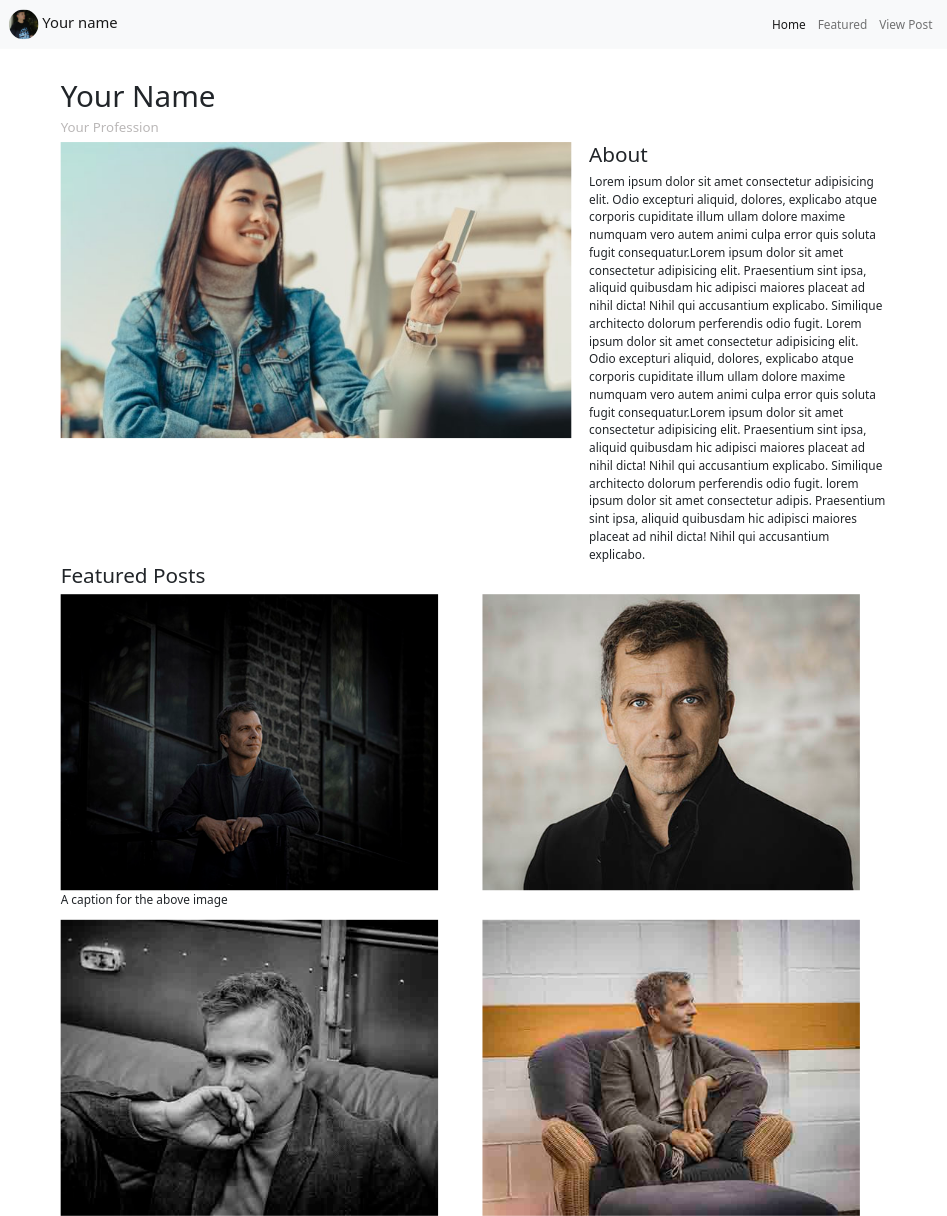
Repository: nvt01/72_1951061106_NgoVanTung
Page: BaiTh1/index.html
These files come from the project's save history. The page is drawn as it stood at one moment and after a run of saves; the edit follows.
The browser window is 1280 px wide. The pictures show the whole page, at 74% of full size.

Above is the page before, as saved 2021-11-30 22:18:53.

### BaiTh1/index.html
<!DOCTYPE html>
<html lang="en">
<head>
    <meta charset="UTF-8">
    <meta http-equiv="X-UA-Compatible" content="IE=edge">
    <meta name="viewport" content="width=device-width, initial-scale=1.0">
    <title>Blog</title>
    <link rel="stylesheet" href="style.css">
    <!-- CSS only -->
    <link href="https://cdn.jsdelivr.net/npm/bootstrap@5.1.3/dist/css/bootstrap.min.css" rel="stylesheet" integrity="sha384-1BmE4kWBq78iYhFldvKuhfTAU6auU8tT94WrHftjDbrCEXSU1oBoqyl2QvZ6jIW3" crossorigin="anonymous">
</head>
<body>
    <div class="menu">
        <nav class="navbar navbar-expand-lg navbar-light bg-light">
            <div class="container-fluid">
                <a class="navbar-brand" href="#">
                    <img class="nav-img" src="./img/avatar.JPG" alt="">
                    Your name
                </a>
                <button class="navbar-toggler" type="button" data-bs-toggle="collapse" data-bs-target="#navbarSupportedContent" aria-controls="navbarSupportedContent" aria-expanded="false" aria-label="Toggle navigation">
                    <span class="navbar-toggler-icon"></span>
                </button>
                <div class=" collapse navbar-collapse" id="navbarSupportedContent">
                    <ul class="navbar-nav me-auto mb-2 mb-lg-0">
                        <li class="nav-item">
                            <a class="nav-link active" aria-current="page" href="#">Home</a>
                        </li>
                        <li class="nav-item">
                            <a class="nav-link" href="#">Featured</a>
                        </li>
                        <li class="nav-item">
                            <a class="nav-link" href="#">View Post</a>
                        </li>
                    </ul>
                </div>
            </div>
        </nav>
    </div>
    <div class="container">
        <div class="row">
            <h1 class="h1">Your Name</h1>
            <h3 class="h3">Your Profession</h3>
            <div class="col">
                <img src="./img/img1.jpeg" alt="">
            </div>
            <div class="col">
                <h3>About</h3>
                <span>Lorem ipsum dolor sit amet consectetur adipisicing elit. Odio excepturi aliquid, dolores, explicabo atque corporis cupiditate illum ullam dolore maxime numquam vero autem animi culpa error quis soluta fugit consequatur.Lorem ipsum dolor sit amet consectetur adipisicing elit. Praesentium sint ipsa, aliquid quibusdam hic adipisci maiores placeat ad nihil dicta! Nihil qui accusantium explicabo. Similique architecto dolorum perferendis odio fugit. Lorem ipsum dolor sit amet consectetur adipisicing elit. Odio excepturi aliquid, dolores, explicabo atque corporis cupiditate illum ullam dolore maxime numquam vero autem animi culpa error quis soluta fugit consequatur.Lorem ipsum dolor sit amet consectetur adipisicing elit. Praesentium sint ipsa, aliquid quibusdam hic adipisci maiores placeat ad nihil dicta! Nihil qui accusantium explicabo. Similique architecto dolorum perferendis odio fugit. lorem ipsum dolor sit amet consectetur adipis. Praesentium sint ipsa, aliquid quibusdam hic adipisci maiores placeat ad nihil dicta! Nihil qui accusantium explicabo.</span>
            </div>
        </div>
        <h3>Featured Posts</h3>
        <div class="row">
            <div class="col">
                <img src="./img/img2.jpeg" alt="">
                <p>A caption for the above image</p>
            </div>
            <div class="col">
                <img src="./img/img3.jpeg" alt="">
            </div>
            <div class="col">
                <img src="./img/img5.jpeg" alt="">
            </div>
            <div class="col">
                <img src="./img/img6.jpeg" alt="">
            </div>
        </div>
    </div>
</body>
</html>

### BaiTh1/style.css
* {
    margin: 0;
    padding: 0;
    box-sizing: border-box;
}

:root {
    --text-color: rgb(187, 184, 184);
}

.navbar {
    margin-bottom: 40px;
}

.nav-img {
    width: 40px;
    height: 40px;
    border-radius: 50%;
    object-fit: cover;
}

.container-fluid .navbar-collapse {
    flex-grow: 0;
}
.container .h1 {
    font-weight: 400;
}
.container .h3 {
    color: var(--text-color);
    font-size: 18px;
}

After the next 3 saves:
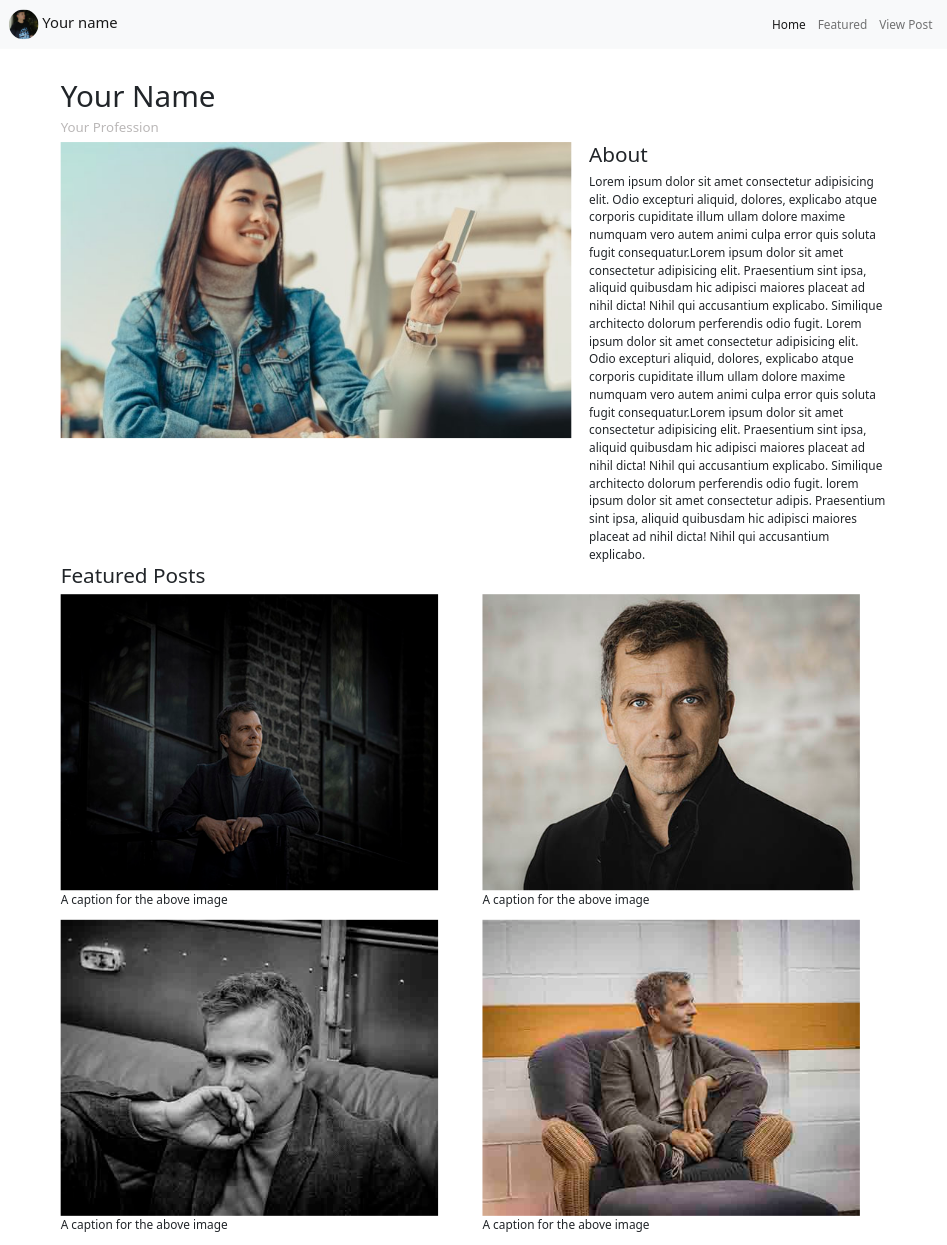
The 3 saves are shown as one change because they came seconds apart.
The last was saved 9 s later.
--- a/BaiTh1/index.html
+++ b/BaiTh1/index.html
@@ -56,12 +56,15 @@
             </div>
             <div class="col">
                 <img src="./img/img3.jpeg" alt="">
+                <p>A caption for the above image</p>
             </div>
             <div class="col">
                 <img src="./img/img5.jpeg" alt="">
+                <p>A caption for the above image</p>
             </div>
             <div class="col">
                 <img src="./img/img6.jpeg" alt="">
+                <p>A caption for the above image</p>
             </div>
         </div>
     </div>
